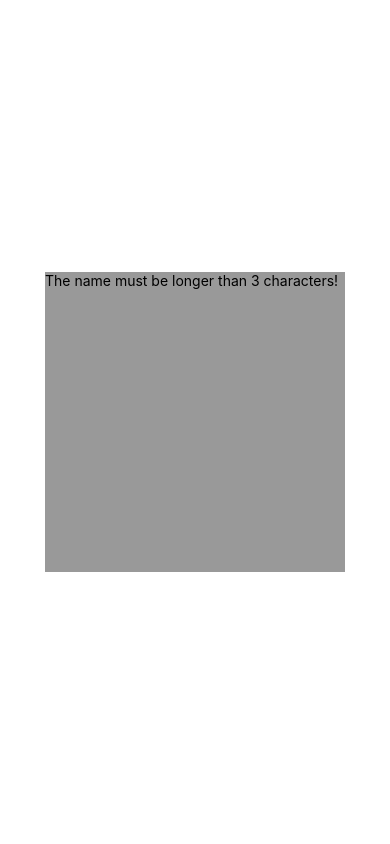
Repository: ntu34543/React-Native-Example1
Screen: /
An editor plug-in stored every save of this project. The screen is shown before and after the next save, followed by the edit.
The app was drawn by React Native's web renderer in a window 390 px wide. The project was rebuilt for these pictures with package versions that can differ from the ones it lists, and the page was loaded fresh each time. Also part of the build but not shown: components/Goalltem.js.

Above is the screen before, as saved 2022-09-12 17:33:39.

After the next save:
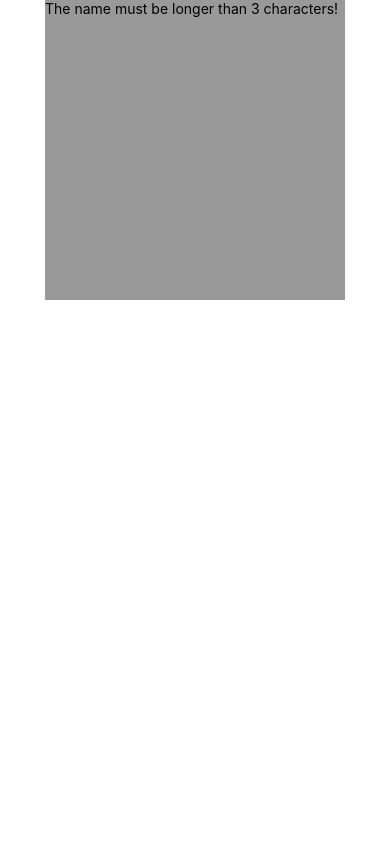
Saved 16 s later.
--- a/App.js
+++ b/App.js
@@ -199,7 +199,7 @@
     height: 50,
   },
   centered_view:{
-    flex: 1,
+    // flex: 1,
     justifyContent: "center",
     alignItems: "center",
   },

After the save that followed:
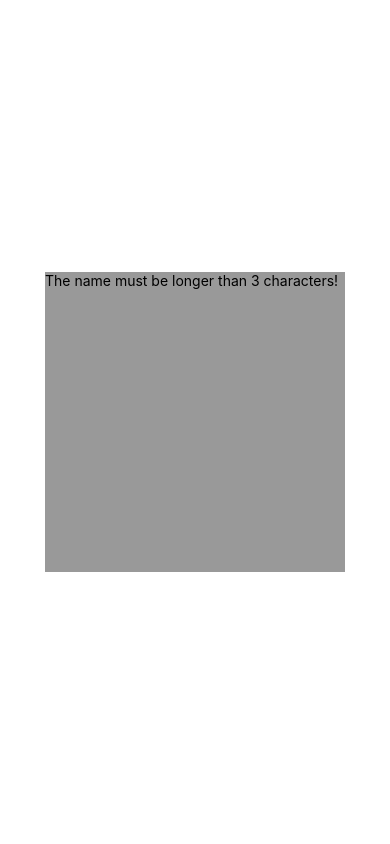
Saved 8 s later.
--- a/App.js
+++ b/App.js
@@ -199,7 +199,7 @@
     height: 50,
   },
   centered_view:{
-    // flex: 1,
+    flex: 1,
     justifyContent: "center",
     alignItems: "center",
   },
